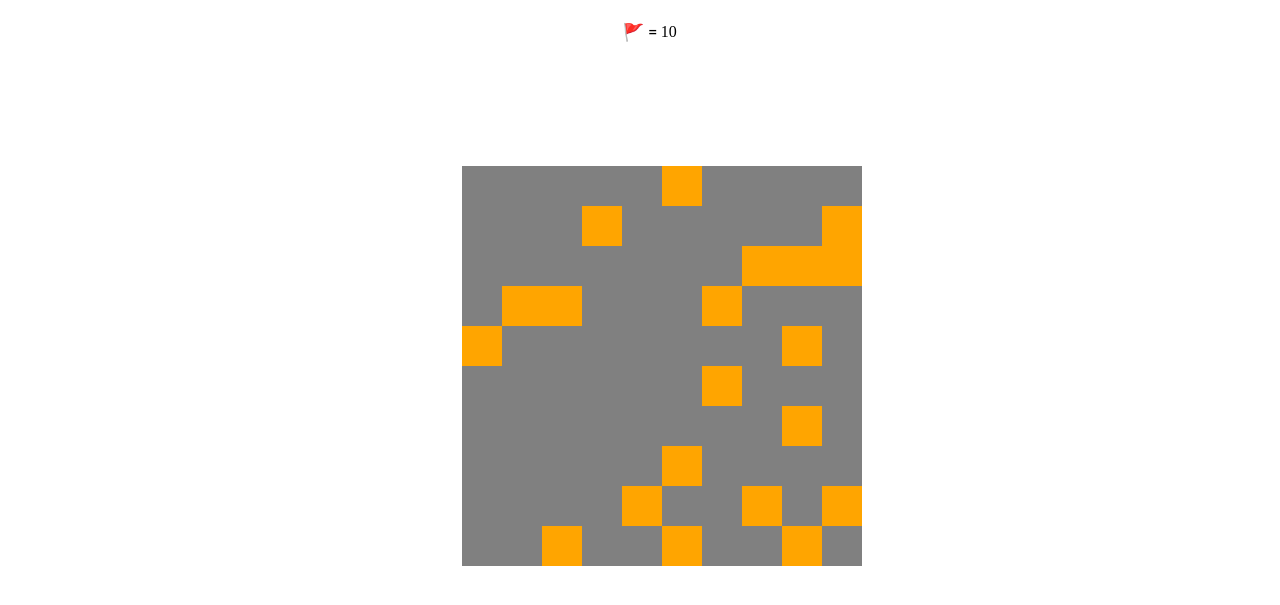
Repository: issaRan/MineSweeper
Page: html/index.html
The author's editor kept a copy of each file at every save. The page is drawn from the files as they stood at one save, then again after the next save.
The browser window is 1280 px wide. The pictures show the whole page.

Above is the page before, as saved 2020-10-23 16:21:17.

### html/index.html
<!DOCTYPE html>
<html lang="en">
<head>
    <meta charset="UTF-8">
    <meta name="viewport" content="width=device-width, initial-scale=1.0">
    <title>MineSweeper</title>
    <link rel="stylesheet" href="../css/styles.css">
    <link rel="stylesheet" href="https://cdnjs.cloudflare.com/ajax/libs/font-awesome/4.7.0/css/font-awesome.min.css">
    <script src="../js/index.js" charset="utf-8"></script>
</head>
<body>
  <div class="flags">🚩 = </div><div class="numOfFlag">10</div>
  <div class="grid"></div>
</body>
</html>

### css/styles.css
.grid {
    height: 400px;
    width: 400px;
    display: flex;
    flex-wrap: wrap;
    background-color: grey;
    position: absolute;
    top: 30%;
    left: 40%;
    margin-top: -50px;
    margin-left: -50px;
    border:1px solid 1px
}
h1{
    position: absolute;
    text-align: center;
}
.grid div {
    border: 5px;
    border-color: #f5f3eb;
    box-sizing: border-box;
    height: 40px;
    width: 40px;
}
.numOfFlag{
    position: absolute;
    margin-left: 51%;
    margin-top: -23px;
}
.flags {
    margin-top: 20px;
    background-color: #ffffff;
    color: #000000;
    font-family: "Roboto", sans-serif;
    font-size: 17px;
    text-align: center;
    line-height: 1.5em;
}
.bomb {
    background-color: orange;
}
.checked{
    background-color: red;
}

### js/index.js
document.addEventListener('DOMContentLoaded',()=>{
    const grid = document.querySelector('.grid')
    let width = 10
    let flag = 10
    let squares = []
    let isGameOver = false
    let bombAamount = 20
    function createBoard(){
        const bombArray = Array(bombAamount).fill('bomb')
        const emptyArray = Array(width*width - bombAamount).fill('valid')
        const gameArray = emptyArray.concat(bombArray)
        const shuffledArray = gameArray.sort(()=> Math.random() -0.5)
        for(let i = 0; i < width*width;i++){
            const sqaure = document.createElement('div')
            sqaure.setAttribute('id',i)
            sqaure.classList.add(shuffledArray[i])
            grid.appendChild(sqaure)
            squares.push(sqaure)
            sqaure.addEventListener('click',(e)=>{
                click(sqaure)
            })
            sqaure.oncontextmenu = function(e){
                e.preventDefault()
                addFlag(sqaure)
            }
        }
        for (let i = 0; i < squares.length; i++) {
            let total = 0
            const isLeftEdge = (i % width === 0)
            const isRightEdge = (i % width === width -1)

            if (squares[i].classList.contains('valid')) {
              if (i > 0 && !isLeftEdge && squares[i -1].classList.contains('bomb')) total ++
              if (i > 9 && !isRightEdge && squares[i + 1 -width].classList.contains('bomb')) total ++
              if (i > 10 && squares[i -width].classList.contains('bomb')) total ++
              if (i > 11 && !isLeftEdge && squares[i -1 -width].classList.contains('bomb')) total ++
              if (i < 98 && !isRightEdge && squares[i +1].classList.contains('bomb')) total ++
              if (i < 90 && !isLeftEdge && squares[i -1 +width].classList.contains('bomb')) total ++
              if (i < 88 && !isRightEdge && squares[i +1 +width].classList.contains('bomb')) total ++
              if (i < 89 && squares[i +width].classList.contains('bomb')) total ++
              squares[i].setAttribute('data', total)
            }
        }
    }
    createBoard()
    function click(square){
        let currentId = square.id
        if(isGameOver) return
        if(square.classList.contains('checked') || square.classList.contains('flag')){
            return
        }
        if(square.classList.contains('bomb')){
            gameOver(square)
        }else{
            let total = square.getAttribute('data')
            if(total != 0){
                square.classList.add('checked')
                square.innerHTML = total
                return
            }
            checkSquare(square,currentId)
        }
        square.classList.add('checked')

    }
    function checkSquare(square,currentId){
        const isLeftEdge = (currentId % width === 0)
        const isRightEdge = (currentId % width === width -1)
        setTimeout(()=>{
            if (currentId > 0 && !isLeftEdge) {
                const newId = squares[parseInt(currentId) -1].id
                //const newId = parseInt(currentId) - 1   ....refactor
                const newSquare = document.getElementById(newId)
                click(newSquare)
              }
              if (currentId > 9 && !isRightEdge) {
                const newId = squares[parseInt(currentId) +1 -width].id
                //const newId = parseInt(currentId) +1 -width   ....refactor
                const newSquare = document.getElementById(newId)
                click(newSquare)
              }
              if (currentId > 10) {
                const newId = squares[parseInt(currentId -width)].id
                const newSquare = document.getElementById(newId)
                click(newSquare)
              }
              if (currentId > 11 && !isLeftEdge) {
                const newId = squares[parseInt(currentId) -1 -width].id

                const newSquare = document.getElementById(newId)
                click(newSquare)
              }
              if (currentId < 98 && !isRightEdge) {
                const newId = squares[parseInt(currentId) +1].id
                const newSquare = document.getElementById(newId)
                click(newSquare)
              }
              if (currentId < 90 && !isLeftEdge) {
                const newId = squares[parseInt(currentId) -1 +width].id
                const newSquare = document.getElementById(newId)
                click(newSquare)
              }
              if (currentId < 88 && !isRightEdge) {
                const newId = squares[parseInt(currentId) +1 +width].id
                const newSquare = document.getElementById(newId)
                click(newSquare)
              }
              if (currentId < 89) {
                const newId = squares[parseInt(currentId) +width].id
                const newSquare = document.getElementById(newId)
                click(newSquare)
              }
        },10)
    }
    function gameOver(square){
        console.log("Boom !")
        isGameOver = true
        squares.forEach(square=> {
            if(square.classList.contains('bomb')){
                square.innerHTML = '💣'
            }
        })
    }
    function addFlag(square){
        if(isGameOver) return
        if(!square.classList.contains('checked') && (flag >= 0)) {
            var c = document.querySelector('.numOfFlag')
            if(!square.classList.contains('flag')){
                square.classList.add('flag')
                square.innerHTML = ' 🚩'
                checkForWin()
                flag--;
                c.textContent = flag
            }else{
                square.classList.remove('flag')
                square.innerHTML = ''
                flag++;
                c.textContent = flag
            }
        }
    }
    function checkForWin(){
        let matches = 0
        for(let i = 0; i < squares.length;i++){
            if(squares[i].classList.contains('flag') && squares[i].classList.contains('bomb')){
                matches++
            }
            if(matches == bombAamount){
                isGameOver = true
                console.log('You Win !')
            }
        }
    }
})

After the next save:
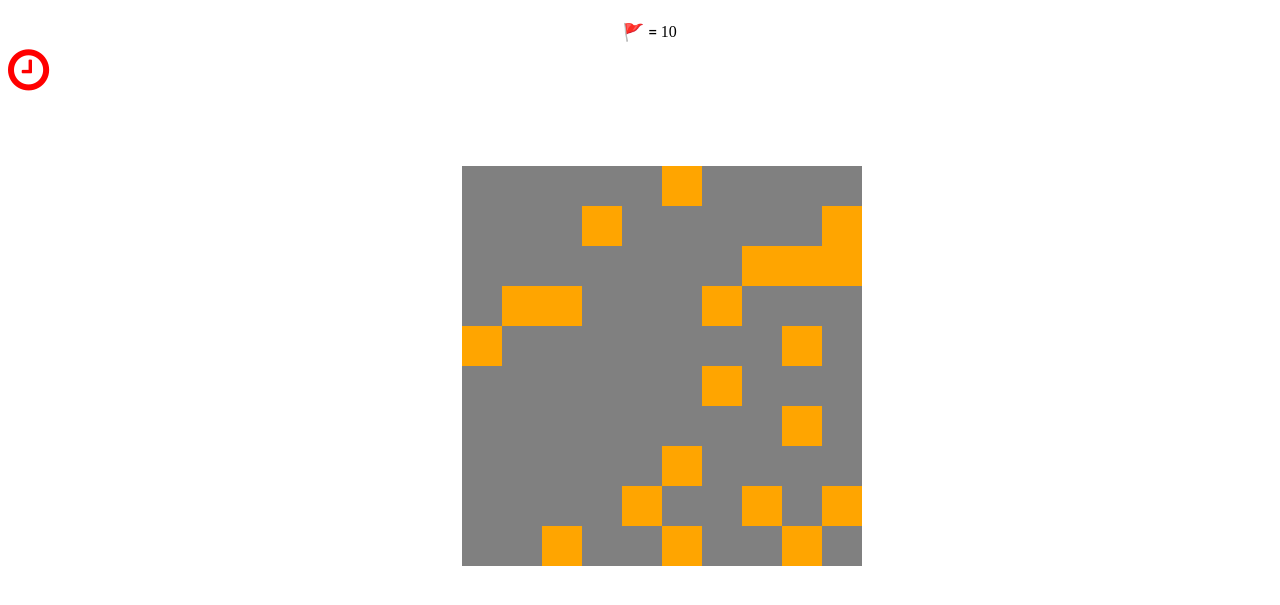
Saved 11 s later.
--- a/html/index.html
+++ b/html/index.html
@@ -11,5 +11,6 @@
 <body>
   <div class="flags">🚩 = </div><div class="numOfFlag">10</div>
   <div class="grid"></div>
+  <i class="fa fa-clock-o" style="font-size:48px;color:red"></i>
 </body>
 </html>
